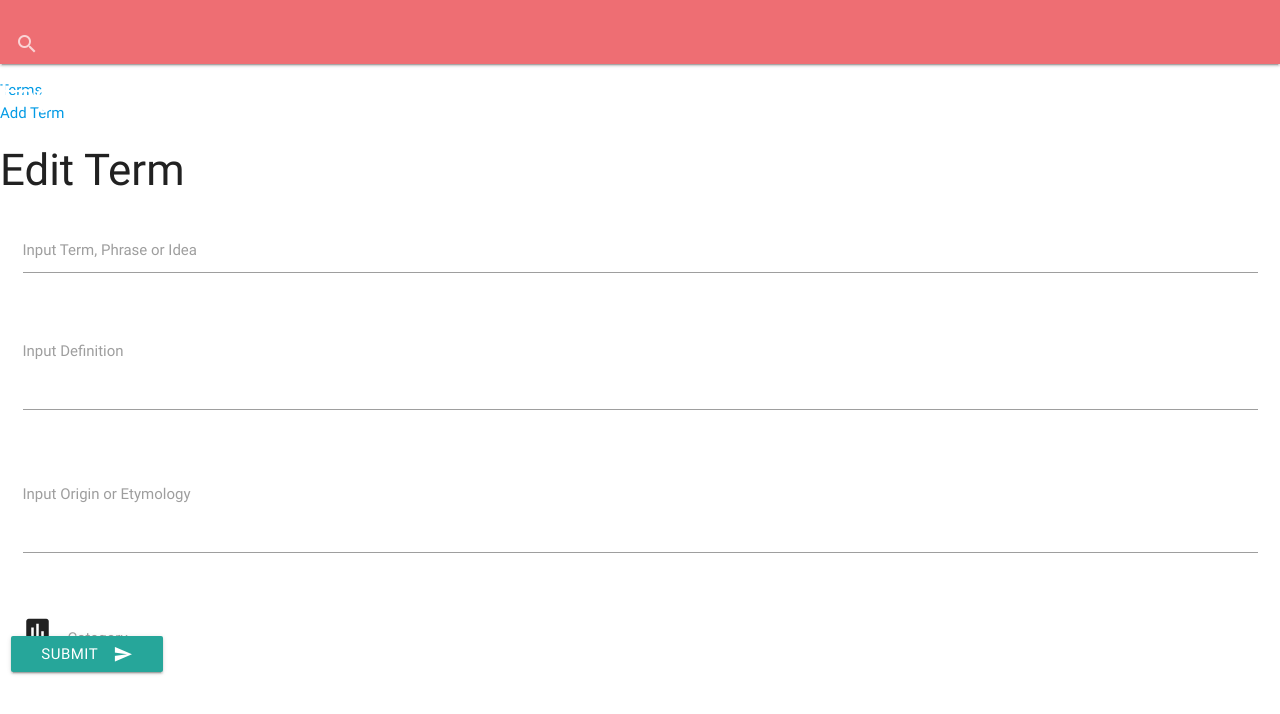
Repository: kalkiboru111/irish-dictionary-of-received-ideas
Page: templates/editterm.html
The author's editor kept a record of every edit. The page is drawn from the files as they stood at one moment, then again after the next edit.
The browser window is 1280 px wide. The pictures show the whole page.
Some web libraries are served in a nearby version. The page is served by the project's application, run on Flask 3 (app.py). The template is opened directly, without the code that normally fills it, so the values that code supplies are empty.

Above is the page before.

### templates/editterm.html
{% extends 'base.html' %} {% block content %}

<h3>Edit Term</h3>
<div class="row">
  <form action="{{ url_for('insert_term') }}" method='POST' class="col s12">
    <div class="row">
      <div class="input-field col s12">
        <input id="term_name" name="term_name" type="text" data-length="15">
        <label for="term_name">Input Term, Phrase or Idea</label>
      </div>
    </div>
    <div class="row">
      <div class="input-field col s12">
        <textarea id="term_definition" name="term_definition" class="materialize-textarea" data-length="120"></textarea>
        <label for="term_definition">Input Definition</label>
      </div>
    </div>
    <div class="row">
      <div class="input-field col s12">
        <textarea id="term_origin" name="term_origin" class="materialize-textarea" data-length="120"></textarea>
        <label for="term_origin">Input Origin or Etymology</label>
      </div>
    </div>
    <!-- Materialize select not currently functioning correctly. -->
    <div class="row">
      <div class="input-field col s12">
        <i class="material-icons prefix">poll</i>
        <select id="category" name="category_name">
            <option value="Select Category"disabled selected>Select Category</option>
            {% for cat in categories %}
            {% if cat.category_name == term.category_name %}
            <option value="{{cat.category_name}}" selected>{{cat.category_name}}</option>
            {% else %}
            <option value="{{cat.category_name}}">{{cat.category_name}}</option>
            {% endif %}
            {% endfor %}
          </select>
        <label>Category</label>
      </div>
    </div>
    <div class="row">
      <button class="btn waves-effect waves-light" type="submit" name="action">Submit
          <i class="material-icons right">send</i>
        </button>
    </div>
  </form>
</div>

{% endblock %}

### templates/base.html
<!DOCTYPE html>
<html>

<head>
    <link href="https://fonts.googleapis.com/icon?family=Material+Icons" rel="stylesheet">
    <link rel="stylesheet" href="https://cdnjs.cloudflare.com/ajax/libs/materialize/0.100.2/css/materialize.min.css">
    <link rel="stylesheet" href="{{url_for('static', filename='css/style.css')}}" type="text/css" />
</head>

<body>
    <nav>
        <div class="nav-wrapper">
            <form>
                <div class="input-field">
                    <input id="search" type="search" required>
                    <label class="label-icon" for="search"><i class="material-icons">search</i></label>
                    <i class="material-icons">close</i>
                </div>
            </form>
            <a href="#!" class="brand-logo">Logo</a>
            <a href="#" data-target="mobile-demo" class="sidenav-trigger"><i class="material-icons">menu</i></a>

            <ul class="right hide-on-med-and-down">
                <li><a href="terms.html">Terms</a></li>
                <li><a href="add_term.html">Add Term</a></li>
            </ul>
        </div>
    </nav>
    <ul class="sidenav" id="mobile-demo">
        <li><a href="terms.html">Terms</a></li>
        <li><a href="add_term.html">Add Term</a></li>
    </ul>

    {% block content %} {% endblock %}
    <script src="https://cdnjs.cloudflare.com/ajax/libs/jquery/3.2.1/jquery.min.js"></script>
    <script src="https://cdnjs.cloudflare.com/ajax/libs/materialize/0.100.2/js/materialize.min.js">
        $(document).ready(function() {
            $('.sidenav').sidenav();
            $('select').formSelect();
        });
    </script>

</body>

</html>

### app.py
import os
from flask import Flask, render_template, redirect, request, url_for
from flask_pymongo import PyMongo
from bson.objectid import ObjectId

app = Flask(__name__)

app.config['MONGO_DBNAME'] = 'irish_dictionary'
app.config["MONGO_URI"] = os.getenv("MONGO_URI")

mongo = PyMongo(app)

@app.route('/')

# View directs user to terms page
@app.route('/get_terms')
def get_terms():
    return render_template("terms.html",
    terms=mongo.db.terms.find())

@app.route('/add_term')
def add_term():
    return render_template("add_term.html",
    categories=mongo.db.categories.find())

@app.route('/insert_term', methods=['POST'])
def insert_term():
    terms = mongo.db.terms
    terms.insert_one(request.form.to_dict())
    return redirect(url_for('get_terms'))

@app.route('/editterm/<term_id>')
def editterm(term_id):
    the_term =  mongo.db.terms.find_one({"_id": ObjectId(term_id)})
    all_categories =  mongo.db.categories.find()
    return render_template('editterm.html', term=the_term,
                           categories=all_categories)

if __name__ == '__main__':
    app.run(host=os.environ.get('IP'),
            port=int(os.environ.get('PORT')),
            debug=True)

### static/css/style.css
/* body {
    background-color: red;
} */

After the next edit:
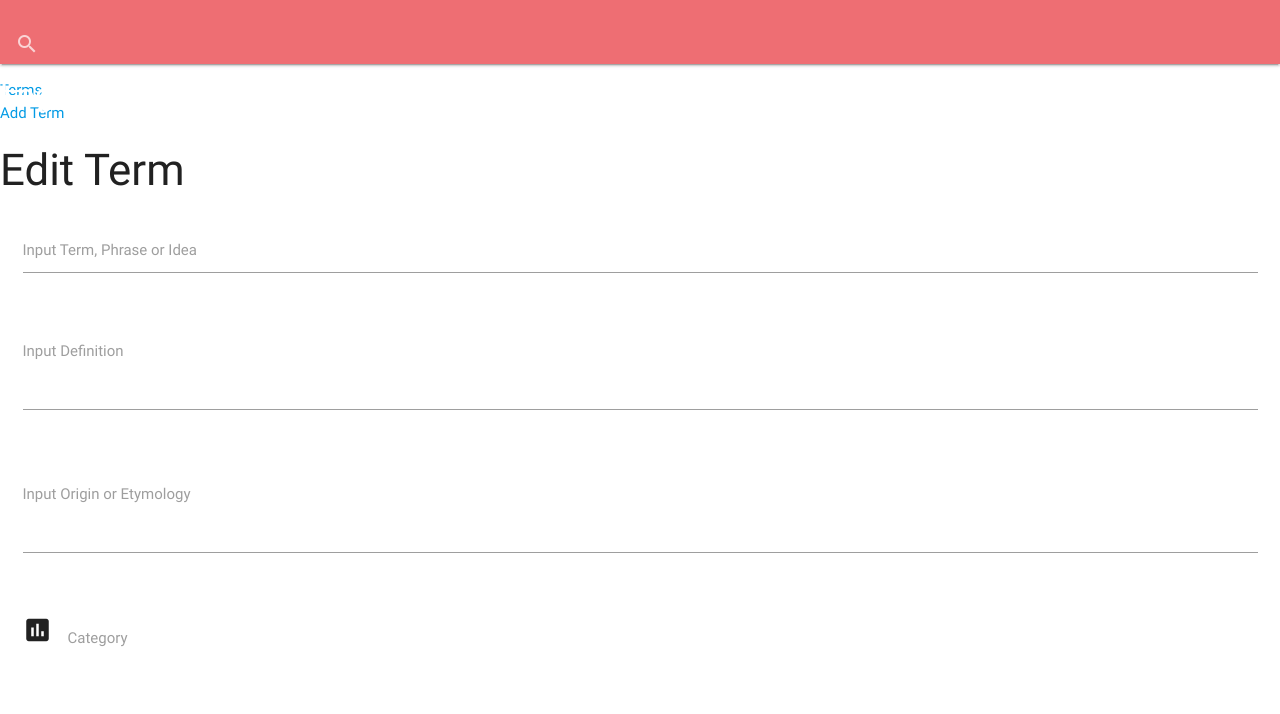
The edit:
--- a/templates/editterm.html
+++ b/templates/editterm.html
@@ -38,7 +38,7 @@
         <label>Category</label>
       </div>
     </div>
-    <div class="row">
+<!--    <div class="row">
       <button class="btn waves-effect waves-light" type="submit" name="action">Submit
           <i class="material-icons right">send</i>
         </button>
